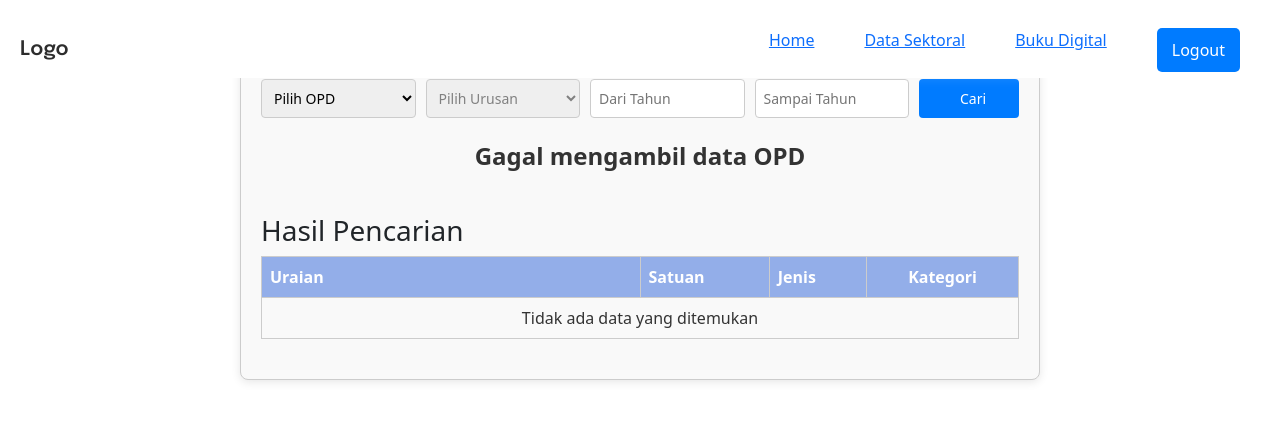
Repository: nida463/Website-PKL
Page: /sektoral
An editor plug-in stored every save of this project. The page is shown before and after the next save, followed by the edit.
The browser window is 1280 px wide. The pictures show the whole page.
The page's requests for data from a server got no answer. The project was rebuilt for these pictures with package versions that can differ from the ones it lists, and the page was loaded fresh each time. No one was signed in, and anything a server would have sent is missing. Also part of the build but not shown: src/Components/auth/Login.js, src/Components/organisms/Navbar.js, src/Components/atoms/Lable.js, src/Components/molecules/header/BrandingSection.js, src/Components/molecules/header/BodyTextH.js, src/Components/atoms/Button.js, src/Components/molecules/header/ButonContact.js, src/Components/atoms/Image.js and 24 more.

Above is the page before, as saved 2024-10-11 14:08:00.

### src/App.js
import React from "react";
import { BrowserRouter as Router, Route, Routes, useNavigate } from "react-router-dom";
import Login from "./Components/auth/Login";
import MainConten from "./Components/template/mainconten";
import Sektoral from "./Components/Page.js/Sektoral";
import BukuDigital from "./Components/Page.js/BukuDigital";
import Error404 from "./Components/Page.js/Error404";
import { login } from "./Components/auth/LoginService";
import NavbarMenu from "./Components/molecules/navbar/NavbarMenu";

function App() {
    return (
        <Router>
            <Routes>
                {/* Route untuk halaman login tanpa Navbar */}
                <Route path="/login" element={<LoginWrapper />} />

                {/* Route untuk halaman dengan Navbar */}
                <Route element={<LayoutWithNavbar />}>
                    <Route path="/" element={<MainConten />} />
                    <Route path="/sektoral" element={<Sektoral />} />
                    <Route path="/buku-digital" element={<BukuDigital />} />
                </Route>

                {/* Route untuk halaman yang tidak ditemukan (404 error) */}
                <Route path="*" element={<Error404 />} /> {/* Menampilkan halaman 404 */}
            </Routes>
        </Router>
    );
}

// Layout untuk halaman dengan Navbar
function LayoutWithNavbar() {
    return (
        <>
            <NavbarMenu />
            <Routes>
                <Route path="/" element={<MainConten />} />
                <Route path="/sektoral" element={<Sektoral />} />
                <Route path="/buku-digital" element={<BukuDigital />} />
            </Routes>
        </>
    );
}

// Fungsi pembungkus untuk login
function LoginWrapper() {
    const navigate = useNavigate();

    const handleLogin = async (nip, password) => {
        try {
            await login(nip, password);
            alert('Login berhasil!');
            navigate('/'); // Mengarahkan ke halaman utama setelah login
        } catch (error) {
            console.error('Login gagal:', error);
            alert('Login gagal: NIP atau password salah.');
        }
    };

    return <Login onLogin={handleLogin} />;
}

export default App;

### src/Components/Page.js/Sektoral.js
import React, { useState, useEffect } from 'react';
import axios from "axios";
import "../../styles/Sektoral.css"; // Pastikan path sesuai

const Sektoral = () => {
  const [opds, setDataOPD] = useState([]);
  const [urusans, setDataUrusan] = useState([]);
  const [results, setResults] = useState([]);
  const [loading, setLoading] = useState(false);
  const [error, setError] = useState(null);
  const [DariTahun, setDariTahun] = useState('');
  const [SampaiTahun, setSampaiTahun] = useState('');
  const [selectedOPD, setSelectedOPD] = useState('');
  const [selectedUrusan, setSelectedUrusan] = useState('');

  // State untuk pagination
  const [currentPage, setCurrentPage] = useState(1);
  const [itemsPerPage] = useState(20); // Jumlah data per halaman

  // Fetch data OPD saat komponen dimuat
  useEffect(() => {
    const fetchDataOPD = async () => {
      setLoading(true);
      try {
        const response = await axios.get("http://116.206.212.234:4000/list-opd");
        setDataOPD(response.data);
      } catch (error) {
        setError("Gagal mengambil data OPD");
      } finally {
        setLoading(false);
      }
    };

    fetchDataOPD();
  }, []);

  // Menghandle perubahan OPD
  const handleOPDChange = async (e) => {
    const opdId = e.target.value;
    setSelectedOPD(opdId);
    setSelectedUrusan(""); // Reset urusan setiap kali OPD berubah
    setLoading(true);

    if (opdId) {
      try {
        const response = await axios.get(
          `http://116.206.212.234:4000/data-sektoral/list-urusan-by-id-opd?id_user_opd=${opdId}`
        );
        setDataUrusan(response.data);
        setError(null);
      } catch (error) {
        setError("Gagal mengambil data urusan.");
      } finally {
        setLoading(false);
      }
    } else {
      setDataUrusan([]); // Kosongkan urusan jika tidak ada OPD yang dipilih
      setLoading(false);
    }
  };

  // Menghandle pencarian data
  const handleSearch = async (e) => {
    e.preventDefault();
    setLoading(true);

    try {
      const response = await axios.get("http://116.206.212.234:4000/data-sektoral", {
        params: {
          id_user_opd: selectedOPD,
          kode_urusan: selectedUrusan,
          dari_tahun: DariTahun,
          sampai_tahun: SampaiTahun,
        },
      });
      setResults(response.data);
      setError(null);
      setCurrentPage(1); // Reset halaman saat melakukan pencarian
    } catch (error) {
      setError("Terjadi kesalahan saat mengambil data.");
    } finally {
      setLoading(false);
    }
  };

  // Pagination logic
  const indexOfLastItem = currentPage * itemsPerPage;
  const indexOfFirstItem = indexOfLastItem - itemsPerPage;
  const currentItems = results.slice(indexOfFirstItem, indexOfLastItem);
  const totalPages = Math.ceil(results.length / itemsPerPage);

  const handleNext = () => {
    if (currentPage < totalPages) {
      setCurrentPage(currentPage + 1);
    }
  };

  const handlePrevious = () => {
    if (currentPage > 1) {
      setCurrentPage(currentPage - 1);
    }
  };

  return (
    <div className="sektoral-container">
      <div className="sektoral-box">
        <h2 className="sektoral-title">Cari Data Sektoral</h2>
        <form className="search-form" onSubmit={handleSearch}>
          <div className="search-inputs">
            <select
              className="search-input"
              value={selectedOPD}
              onChange={handleOPDChange}
            >
              <option value="">Pilih OPD</option>
              {opds.map((OPD) => (
                <option key={OPD.id_opd} value={OPD.id_opd}>
                  {OPD.nama_opd}
                </option>
              ))}
            </select>

            <select
              className="search-input"
              value={selectedUrusan}
              onChange={(e) => setSelectedUrusan(e.target.value)}
              disabled={!selectedOPD}
            >
              <option value="">Pilih Urusan</option>
              {urusans.map((Urusan) => (
                <option key={Urusan.kode_urusan} value={Urusan.kode_urusan}>
                  {Urusan.nama_urusan}
                </option>
              ))}
            </select>

            <input
              className="search-input"
              type="number"
              placeholder="Dari Tahun"
              value={DariTahun}
              onChange={(e) => setDariTahun(e.target.value)}
              required
            />
            <input
              className="search-input"
              type="number"
              placeholder="Sampai Tahun"
              value={SampaiTahun}
              onChange={(e) => setSampaiTahun(e.target.value)}
              required
            />
            <button className="search-button" type="submit">
              <i className="fas fa-search" style={{ marginRight: "8px" }}></i>
              Cari
            </button>
          </div>
        </form>

        {error && <p className="error-message">{error}</p>}

        {loading ? (
          <p>Loading...</p>
        ) : (
          <div className="sektoral-results">
            <h3>Hasil Pencarian</h3>
            <table className="sektoral-table">
              <thead>
                <tr>
                  <th>Uraian</th>
                  <th>Satuan</th>
                  <th>Jenis</th>
                  <th>Kategori</th>
                </tr>
              </thead>
              <tbody>
                {currentItems.length > 0 ? (
                  currentItems.map((item, index) => (
                    <tr key={index}>
                      <td>{item.uraian_dssd}</td>
                      <td>{item.satuan}</td>
                      <td>{item.jenis_string}</td>
                      <td>{item.kategori_string}</td>
                    </tr>
                  ))
                ) : (
                  <tr>
                    <td colSpan="5">Tidak ada data yang ditemukan</td>
                  </tr>
                )}
              </tbody>
            </table>
            {/* Pagination */}
            {totalPages > 1 && (
              <div className="pagination">
                <button
                  className="pagination-button"
                  onClick={handlePrevious}
                  disabled={currentPage === 1}
                >
                  Previous
                </button>
                <div className="page-info">
                  Page {currentPage} of {totalPages}
                </div>
                <button
                  className="pagination-button"
                  onClick={handleNext}
                  disabled={currentPage === totalPages}
                >
                  Next
                </button>
              </div>
            )}
          </div>
        )}
      </div>
    </div>
  );
};

export default Sektoral;

### src/Components/auth/LoginService.js
// src/services/loginService.js
import axios from 'axios';

// Fungsi login untuk memanggil API
export const login = async (nip, password) => {
    try {
        const response = await axios.post('http://116.206.212.234:4000/auth/login', {
            nip: nip,
            password: password
        });

        // Jika API mengembalikan token, simpan di localStorage
        if (response.data.token) {
            localStorage.setItem('token', response.data.token);
            return response.data;
        } else {
            throw new Error('NIP atau password salah');
        }
    } catch (error) {
        throw new Error('Terjadi kesalahan saat login');
    }
};

### src/Components/molecules/navbar/NavbarMenu.js
// src/components/molecules/navbar/NavbarMenu.js
import React from "react";
import { Link } from "react-router-dom"; // Mengimpor Link dari react-router-dom
import NavbarItem from "../../atoms/navbar/NavbarItem";

const NavbarMenu = () => {
  return (
    <nav className="navbar">
      <div className="navbar-logo">
        <NavbarItem label="Logo" /> {/* Jika Anda ingin logo ditampilkan */}
      </div>
      <ul className="navbar-menu">
        <li>
          <Link to="/">
            <NavbarItem label="Home" className="navbar-item" />
          </Link>
        </li>
        <li>
          <Link to="/sektoral">
            <NavbarItem label="Data Sektoral" className="navbar-item" />
          </Link>
        </li>
        <li>
          <Link to="/buku-digital">
            <NavbarItem label="Buku Digital" className="navbar-item" />
          </Link>
        </li>
        <li>
          <button
            className="logout-button"
            onClick={() => {
              localStorage.removeItem("token"); // Hapus token saat logout
              window.location.href = "/"; // Arahkan ke halaman login setelah logout
            }}
          >
            Logout
          </button>
        </li>
      </ul>
    </nav>
  );
};

export default NavbarMenu;

### src/styles/Login.css
/* styles/login.css */
.login-container {
    width: 100%;
    max-width: 400px;
    margin: auto;
    padding: 20px;
    border: 1px solid #ccc;
    border-radius: 8px;
    box-shadow: 0 2px 10px rgba(0, 0, 0, 0.1);
    background-color: #f9f9f9;
}

h2 {
    text-align: center;
    margin-bottom: 20px;
    color: #333;
    font-size: 18px; /* Ukuran font judul */
}

.login-form {
    display: flex;
    flex-direction: column;
}

.form-group {
    margin-bottom: 15px;
}

label {
    margin-bottom: 5px;
    font-weight: bold;
    color: #555;
}

.login-input {
    padding: 12px; /* Menambah padding agar input lebih nyaman */
    border: 1px solid #ccc;
    border-radius: 4px;
    font-size: 14px;
    transition: border-color 0.3s ease;
    width: 100%; /* Memastikan input menggunakan lebar penuh */
}

.login-input:focus {
    border-color: #007BFF;
    outline: none;
}

.error-message {
    color: red;
    text-align: center;
    margin-top: 10px;
}

.login-button {
    padding: 10px;
    border: none;
    border-radius: 4px;
    background-color: #007BFF;
    color: white;
    font-size: 16px;
    cursor: pointer;
    transition: background-color 0.3s ease;
}

.login-button:hover {
    background-color: #0056b3;
}

### src/styles/Sektoral.css
.sektoral-container {
    width: 100%;
    max-width: 800px;
    margin: auto;
    padding: 20px;
    border: 1px solid #ccc;
    border-radius: 8px;
    box-shadow: 0 2px 10px rgba(0, 0, 0, 0.1);
    background-color: #f9f9f9;
}

.sektoral-title {
    text-align: center;
    margin-bottom: 20px;
    color: #333;
}

.search-form {
    margin-bottom: 20px;
}

.search-inputs {
    display: flex;
    justify-content: flex-start;
    gap: 10px;
    flex-wrap: wrap;
}

.search-input {
    padding: 8px;
    border: 1px solid #ccc;
    border-radius: 4px;
    font-size: 14px;
    flex: 1 1 150px; /* Ukuran minimum untuk input */
    min-width: 120px; /* Lebar minimum */
}

.search-button {
    padding: 8px;
    border: none;
    border-radius: 4px;
    background-color: #007BFF;
    color: white;
    font-size: 14px;
    cursor: pointer;
    flex: 0 0 100px; /* Lebar tombol pencarian */
    transition: background-color 0.3s ease, transform 0.2s ease;
}

.search-button:hover {
    background-color: #0056b3;
    transform: scale(1.05); /* Efek zoom saat hover */
}

.sektoral-results {
    margin-top: 20px;
    margin-bottom: 20px;
}

.sektoral-table {
    width: 100%;
    border-collapse: collapse;
}

.sektoral-table th,
.sektoral-table td {
    border: 1px solid #ccc;
    padding: 8px;
    text-align: left;
}

.column-number {
    width: 25px !important; /* Lebar kolom nomor */
    text-align: center; /* Menyelaraskan teks di tengah */
}

.column-uraian {
    width: 45% !important; /* Lebar kolom untuk uraian */
}

.column-kategori {
    width: 30% !important; /* Lebar kolom untuk kategori */
}

/* CSS untuk Pagination */
.pagination {
    margin-top: 20px;
    display: flex;
    justify-content: space-between;
    align-items: center;
}

.page-info {
    margin: 0 auto;
    font-size: 16px;
}

.pagination-button {
    background-color: #66b3ff; /* Biru muda */
    border: none;
    padding: 8px 12px;
    cursor: pointer;
    color: white;
    border-radius: 4px;
    transition: background-color 0.3s ease, transform 0.2s ease;
}

.pagination-button:disabled {
    background-color: #ddd;
    cursor: not-allowed;
}

.pagination-button:hover:not(:disabled) {
    background-color: #0056b3; /* Biru lebih tua saat hover */
    transform: scale(1.05); /* Efek zoom saat hover */
}

/* Tambahan untuk memberikan jarak antara judul dan tabel */
.sektoral-results {
    margin-top: 40px; /* Menambah jarak di atas tabel */
}

### src/styles/Bukudigital.css
/* styles/bukudigital.css */

.sektoral-container {
    width: 100%;
    max-width: 800px;
    margin: auto;
    padding: 20px;
    border: 1px solid #ccc;
    border-radius: 8px;
    box-shadow: 0 2px 10px rgba(0, 0, 0, 0.1);
    background-color: #f9f9f9;
}

.sektoral-title {
    text-align: center;
    margin-bottom: 20px;
    color: #333;
}

.result-table {
    margin-top: 20px;
}

table {
    width: 100%;
    border-collapse: collapse;
    margin-bottom: 20px;
}

th, td {
    border: 1px solid #ccc;
    padding: 10px;
    text-align: left;
    vertical-align: middle;
}

th {
    background-color: #93aee9; /* Warna header lebih menonjol */
    color: white;
    font-weight: bold;
    text-align: center;
}

td {
    background-color: #f9f9f9; /* Warna kolom data */
    color: #333;
}

tr:nth-child(even) td {
    background-color: #f1f1f1; /* Baris genap dengan warna lebih terang */
}

tr:hover td {
    background-color: #e0f7fa; /* Efek hover pada setiap baris */
}

th:first-child, td:first-child {
    width: 50%; /* Lebar kolom Judul Buku lebih besar */
}

th:last-child, td:last-child {
    text-align: center;
}

.detail-button {
    padding: 8px 12px;
    border: none;
    border-radius: 4px;
    background-color: #007BFF;
    color: white;
    font-size: 14px;
    cursor: pointer;
    transition: background-color 0.3s ease;
}

.detail-button:hover {
    background-color: #0056b3;
}

.pdf-preview {
    margin-top: 20px;
}

.error-message {
    color: red;
    font-weight: bold;
}

### src/styles/Error404.css
/* src/styles/Error404.css */
.error-container {
    text-align: center;
    padding: 50px;
}

.error-title {
    font-size: 100px;
    font-weight: bold;
    color: #e70101; /* Warna merah/oranye terang */
}

.error-message {
    font-size: 24px;
    color: #333;
    margin-bottom: 20px;
}

.error-link {
    display: inline-block;
    padding: 10px 20px;
    background-color: #e70101; /* Warna merah/oranye terang */
    color: white;
    text-decoration: none;
    border-radius: 5px;
}

.error-link:hover {
    background-color: #e5533d; /* Warna hover sedikit lebih gelap */
}

### src/Components/atoms/navbar/NavbarItem.js
// src/components/atoms/navbar/NavbarItem.js
import React from 'react';

const NavbarItem = ({ label, href }) => {
  return (
    <div>
      <a href={href}>{label}</a>
    </div>
  );
};

export default NavbarItem;

### src/styles/Navbar.css
:root {
  --navbar-color: #FFFFFF;
  --logo-font-family: "Epilogue", sans-serif;
  --logo-font-size: 20px;
  --logo-font-weight: 600;
  --logo-line-height: 30px;
  --menu-font-family: "Epilogue", sans-serif;
  --menu-font-size: 17px;
  --menu-font-weight: 400;
  --menu-line-height: 27px;
}

.navbar {
  display: flex;
  width: 100%;
  height: 78px;
  justify-content: space-between;
  align-items: center;
  background-color: var(--navbar-color);
  position: fixed !important;
  top: 0;
  left: 0;
  right: 0;
  z-index: 999;
  box-shadow: 0 2px 10px rgba(255, 254, 254, 0.1);
}

/* Styling untuk brand dan menu */
.navbar-brand {
  display: flex;
  align-items: center;
  text-decoration: none;
  list-style: none;
}

.navbar-brand a {
  font-family: var(--logo-font-family);
  font-size: var(--logo-font-size);
  font-weight: var(--logo-font-weight);
  line-height: var(--logo-line-height);
  color: #2D2D2D;
  text-decoration: none;
  margin-left: 10px;
  padding: 42px 24px;
}

.navbar-menu {
  list-style: none;
  display: flex;
  margin: 20px;
  padding: 0;
  gap: 30px;
}

.navbar-menu li {
  margin-left: 20px;
}

.navbar-item {
  text-decoration: none;
  color: #333;
  font-family: var(--menu-font-family);
  font-size: var(--menu-font-size);
  font-weight: var(--menu-font-weight);
  line-height: var(--menu-line-height);
  text-align: left;
  padding: 10px 15px; /* Tambahkan padding untuk area klik yang lebih besar */
  transition: color 0.3s ease; /* Animasi transisi warna */
}

/* Tambahkan efek hover */
.navbar-item:hover {
  color: #007BFF; /* Ubah warna saat hover */
}

/* Kelas untuk item aktif */
.navbar-item.active {
  /* Menghapus warna aktif */
  /* color: var(--active-color); */ /* Hapus atau komentari baris ini */
  font-weight: bold; /* Membuat teks lebih tebal saat aktif */
  border-bottom: 0; /* Hapus garis bawah untuk item aktif */
}

/* Untuk menghapus garis bawah pada item menu */
.navbar-item:not(.active) {
  border-bottom: 0; /* Pastikan tidak ada garis bawah untuk item yang tidak aktif */
}

.navbar-menu li:last-child {
  margin-right: 20px;
}

.navbar-logo {
  width: 49px;
  height: 30px;
  font-family: var(--logo-font-family);
  font-size: var(--logo-font-size);
  font-weight: var(--logo-font-weight);
  line-height: var(--logo-line-height);
  color: #2D2D2D;
  display: flex;
  align-items: center;
  margin-left: 20px;
}

/* Styling untuk tombol logout */
.logout-button {
  background-color: #007BFF; /* Warna biru */
  color: white; /* Teks berwarna putih */
  border: none; /* Tanpa border */
  border-radius: 5px; /* Sudut yang lebih halus */
  padding: 10px 15px; /* Padding untuk tombol */
  cursor: pointer; /* Menunjukkan bahwa ini adalah tombol */
  transition: background-color 0.3s ease; /* Transisi warna saat hover */
}

.logout-button:hover {
  background-color: darkblue; /* Warna saat hover */
}

### src/styles/Header.css
:root {
  --layout-width: auto;
  --layout-padding: 42px 68px;
  --layout-gap: 68px;
  --layout-opacity: 1;
}

.layout {
  display: flex;
  width: var(--layout-width);
  padding: var(--layout-padding);
  gap: var(--layout-gap);
  justify-content: space-between;
  background-color: #ffffff;
  align-items: center;
  margin-top: 5rem;
}


.text-section {
  flex: 2;
}


.image-section {
  flex: 2;
  display: flex;
  align-items: center;
  justify-content: center;
}


.image-section img {
  width: 500px;
  height: 380px;
  ;
}



.brand {
  font-family: "Epilogue", sans-serif;
  font-size: 20px;
  font-weight: 600;
  line-height: 30px;
  text-align: left;
  margin-bottom: 10px;
}


.visual{
  font-family: "Epilogue", sans-serif;
  font-size: 68px;
  font-weight: 600;
  line-height: 69.7px;
  text-align: left;
  margin-bottom: 20px;
}


.description {
  font-family: "Epilogue", sans-serif;
  font-size: 17px;
  font-weight: 400;
  line-height: 27px;
  text-align: left;
}


.button-link {
  font-family: "Epilogue", sans-serif;
  font-size: 20px;
  font-weight: 600;
  line-height: 30px;
  text-align: center;
  margin-top: 20px;
  background-color: #2d2d2d;
  width: 211px;
  height: 78px;
  padding: 24px 64px;
  display: flex;
  align-items: center;
  justify-content: center;
  opacity: 1;
  cursor: pointer;
  color: #ffffff;
  text-decoration: none;
}


.button-link:hover {
  background-color: #007bff;
}

Loaded but not shown: public/index.html (common file); src/index.js (common file); src/index.css (common file); src/reportWebVitals.js (common file)

After the next save:
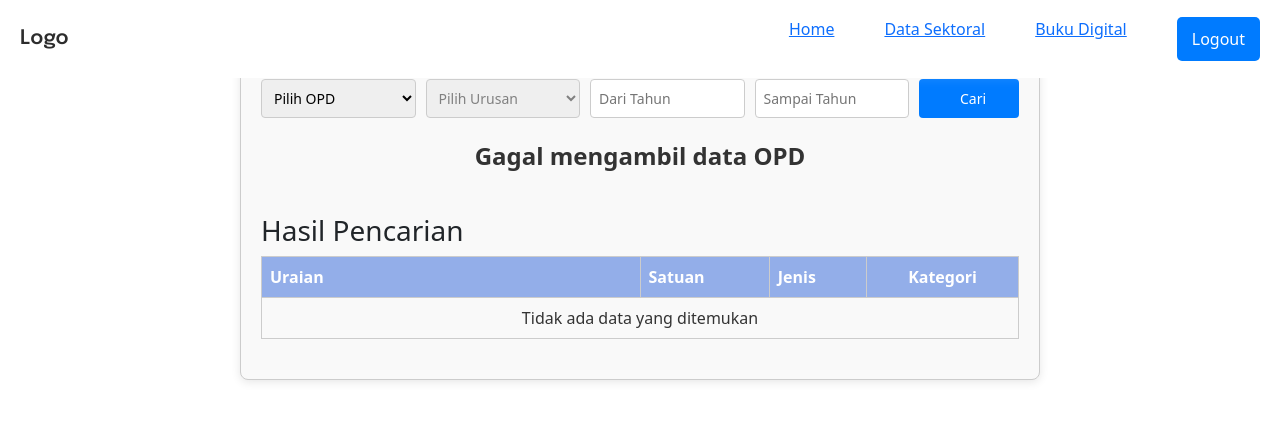
Saved 102 s later.
--- a/src/styles/Navbar.css
+++ b/src/styles/Navbar.css
@@ -47,13 +47,14 @@
 .navbar-menu {
   list-style: none;
   display: flex;
-  margin: 20px;
-  padding: 0;
+  margin: 0; /* Hapus margin agar tidak ada jarak */
+  padding: 0; /* Hapus padding */
   gap: 30px;
 }
 
 .navbar-menu li {
   margin-left: 20px;
+  border-bottom: none; /* Pastikan tidak ada border-bottom pada list item */
 }
 
 .navbar-item {
@@ -75,15 +76,13 @@
 
 /* Kelas untuk item aktif */
 .navbar-item.active {
-  /* Menghapus warna aktif */
-  /* color: var(--active-color); */ /* Hapus atau komentari baris ini */
   font-weight: bold; /* Membuat teks lebih tebal saat aktif */
-  border-bottom: 0; /* Hapus garis bawah untuk item aktif */
+  border-bottom: none; /* Hapus garis bawah untuk item aktif */
 }
 
 /* Untuk menghapus garis bawah pada item menu */
 .navbar-item:not(.active) {
-  border-bottom: 0; /* Pastikan tidak ada garis bawah untuk item yang tidak aktif */
+  border-bottom: none; /* Pastikan tidak ada garis bawah untuk item yang tidak aktif */
 }
 
 .navbar-menu li:last-child {
@@ -111,9 +110,4 @@
   border-radius: 5px; /* Sudut yang lebih halus */
   padding: 10px 15px; /* Padding untuk tombol */
   cursor: pointer; /* Menunjukkan bahwa ini adalah tombol */
-  transition: background-color 0.3s ease; /* Transisi warna saat hover */
-}
-
-.logout-button:hover {
-  background-color: darkblue; /* Warna saat hover */
-}
+  transition: background-color 0.3s ease; /* Tran
